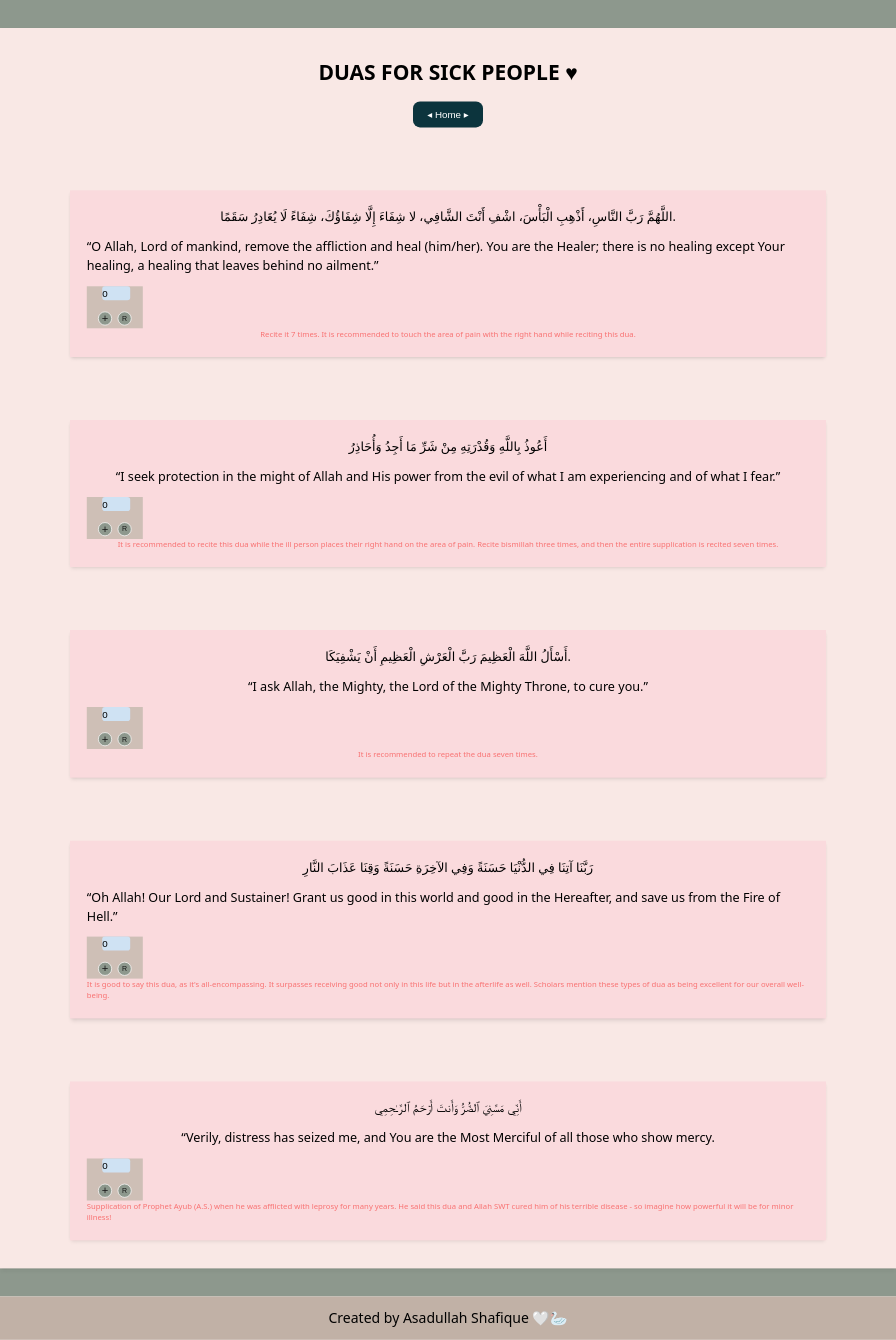
Repository: asadullah48/Duas_Diary
Page: /sick
These files come from the project's save history. The page is drawn as it stood at one moment and after a run of saves; the edit follows.
The browser window is 1280 px wide. The pictures show the whole page, at 70% of full size.
The project was rebuilt for these pictures with package versions that can differ from the ones it lists, and the page was loaded fresh each time. The framework's server and built-in components were replaced by stand-ins that run in the browser. Also part of the build but not shown: next.config.ts.

Above is the page before, as saved 2024-11-30 09:47:47.

### src/app/layout.tsx
import type { Metadata } from "next";
import localFont from "next/font/local";
import "./globals.css";
import Footer from "../components/footer";

const geistSans = localFont({
  src: "./fonts/GeistVF.woff",
  variable: "--font-geist-sans",
  weight: "100 900",
});
const geistMono = localFont({
  src: "./fonts/GeistMonoVF.woff",
  variable: "--font-geist-mono",
  weight: "100 900",
});

export const metadata: Metadata = {
  title: "Create Next App",
  description: "Generated by create next app",
};

export default function RootLayout({
  children,
}: Readonly<{
  children: React.ReactNode;
}>) {
  return (
    <html lang="en">
      <body
        className={`${geistSans.variable} ${geistMono.variable} antialiased`}
      >
        {children}
        <Footer/>
      </body>
    </html>
  );
}

### src/app/sick/page.tsx
import Link from "next/link";
import LightPinkSection from "@/components/props";
import Button from "@/components/button";

export default function Sick() {
  return (
    <div className="w-full h-auto bg-[#8D988D] flex justify-center items-center py-10">
      <div className="w-[95%] lg:w-[1300px] h-auto bg-[#F9E8E5] p-5 lg:p-10 rounded-md shadow-md">
        <div className="font-sans font-bold text-[24px] lg:text-[30px] text-black text-center mb-5">
          DUAS FOR SICK PEOPLE ♥
        </div>
        <Link href="/">
          <button className="bg-[#0c343d] text-white text-[12px] lg:text-[14px] mt-3 mb-5 mx-auto block rounded-[10px] px-5 py-2">
            ◂ Home ▸
          </button>
        </Link>

        {/* Dua Sections */}
        <LightPinkSection
          paragraph="اللَّهُمَّ رَبَّ النَّاسِ، أَذْهِبِ الْبَأْسَ، اشْفِ أَنْتَ الشَّافِي، لا شِفَاءَ إِلَّا شِفَاؤُكَ، شِفَاءً لَا يُغَادِرُ سَقَمًا."
          paragraph2="“O Allah, Lord of mankind, remove the affliction and heal (him/her). You are the Healer; there is no healing except Your healing, a healing that leaves behind no ailment.”"
          buttonText={<Button />}
          note="Recite it 7 times. It is recommended to touch the area of pain with the right hand while reciting this dua."
        />
        <LightPinkSection
          paragraph="أَعُوذُ بِاللَّهِ وَقُدْرَتِهِ مِنْ شَرِّ مَا أَجِدُ وَأُحَاذِرُ"
          paragraph2="“I seek protection in the might of Allah and His power from the evil of what I am experiencing and of what I fear.”"
          buttonText={<Button />}
          note="It is recommended to recite this dua while the ill person places their right hand on the area of pain. Recite bismillah three times, and then the entire supplication is recited seven times."
        />
        <LightPinkSection
          paragraph="أَسْأَلُ اللَّهَ الْعَظِيمَ رَبَّ الْعَرْشِ الْعَظِيمِ أَنْ يَشْفِيَكَا."
          paragraph2="“I ask Allah, the Mighty, the Lord of the Mighty Throne, to cure you.”"
          buttonText={<Button />}
          note="It is recommended to repeat the dua seven times."
        />
        <LightPinkSection
          paragraph="رَبَّنَا آتِنَا فِي الدُّنْيَا حَسَنَةً وَفِي الآخِرَةِ حَسَنَةً وَقِنَا عَذَابَ النَّارِ"
          paragraph2="“Oh Allah! Our Lord and Sustainer! Grant us good in this world and good in the Hereafter, and save us from the Fire of Hell.”"
          buttonText={<Button />}
          note="It is good to say this dua, as it's all-encompassing. It surpasses receiving good not only in this life but in the afterlife as well. Scholars mention these types of dua as being excellent for our overall well-being."
        />
        <LightPinkSection
          paragraph="أَنِّي مَسَّنِيَ ٱلضُّرُّ وَأَنتَ أَرۡحَمُ ٱلرَّـٰحِمِي"
          paragraph2="“Verily, distress has seized me, and You are the Most Merciful of all those who show mercy."
          buttonText={<Button />}
          note="Supplication of Prophet Ayub (A.S.) when he was afflicted with leprosy for many years. He said this dua and Allah SWT cured him of his terrible disease - so imagine how powerful it will be for minor illness!"
        />
      </div>
    </div>
  );
}

### src/components/footer.tsx
// components/Footer.tsx
export default function Footer() {
    return (
      <footer className="w-full bg-[#C1B1A6] py-4">
        <div className="text-center text-black font-sans text-[16px] sm:text-[18px] lg:text-[20px]">
          Created by Asadullah Shafique 🤍🦢
        </div>
      </footer>
    );
  }

### src/components/props.tsx
import { ReactNode } from "react";

type SectionProps = {
  paragraph: string;
  buttonText: ReactNode;
  paragraph2: string;
  note: string; // Allows JSX elements, strings, or components
};

export default function LightPinkSection({
  paragraph,
  buttonText,
  paragraph2,
  note,
}: SectionProps) {
  return (
    <div className="w-[90%] bg-[#FADADD] p-6 rounded-lg mx-auto shadow-md mt-[90px]">
      <p className="text-black text-[18px] font-sans mb-4 flex justify-center">
        {paragraph}
      </p>
      <p className="text-black text-[18px] font-sans mb-4 flex justify-center">
        {paragraph2}
      </p>
      <div>{buttonText}</div>
      <p className="text-red-400 text-[11px] font-sans flex justify-center">
        {note}
      </p>
    </div>
  );
}

### src/components/button.tsx
"use client";

import { useState } from "react";

export default function Button() {
  // hook, event ke against ui ko update krna
  let [count, setcount] = useState(0); //returns array ik element hota hai jese yaha pr 0 hai  ik function aur jo function hota hai woh humari value hoti h
  console.log(count);

  const handleClick = () => {
    setcount(count + 1); //re-renders new value
  };

  const handleReset = () => {
    setcount(0); // reset back to 0
  };

  return (
    <div className="bg-[#CEBFB6] w-[80px] h-[60px] flex flex-col items-center justify-between">
      <p className="text-black w-[40px] flex text-sm bg-[#cfe2f3] rounded ml-1">
        {count}
      </p>

      <div className="flex space-x-2 mt-2">
        <button
          onClick={handleClick}
          className="bg-[#8D988D] w-[20px] h-[20px] px-1 py-1 rounded-full border mt-1 mb-1 border-white flex items-center justify-center text-center"
        >
          +
        </button>

        {/* Reset Button */}
        <button
          onClick={handleReset}
          className="bg-[#8D988D] w-[20px] h-[20px] px-1 py-1 rounded-full border mt-1 mb-1 border-white flex items-center justify-center text-[10px] text-center"
        >
          R
        </button>
      </div>
    </div>
  );
}

Loaded but not shown: src/app/globals.css (common file); tailwind.config.ts (common file)

After the next 3 saves:
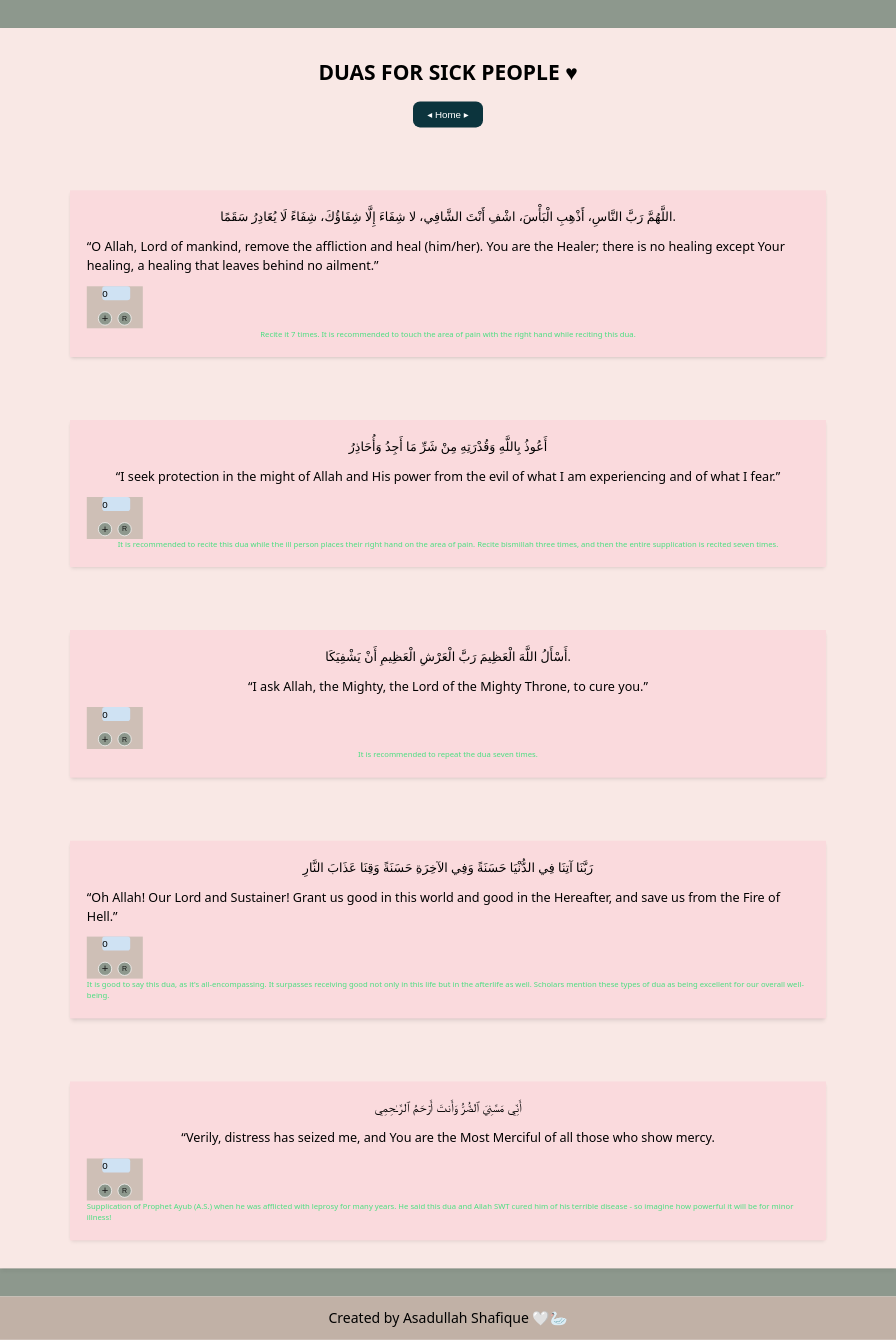
The 3 saves are shown as one change because they came seconds apart.
The last was saved 17 min 21 s later.
--- a/src/components/props.tsx
+++ b/src/components/props.tsx
@@ -22,7 +22,7 @@ export default function LightPinkSection({
         {paragraph2}
       </p>
       <div>{buttonText}</div>
-      <p className="text-red-400 text-[11px] font-sans flex justify-center">
+      <p className="text-green-400 text-[11px] font-sans flex justify-center">
         {note}
       </p>
     </div>
